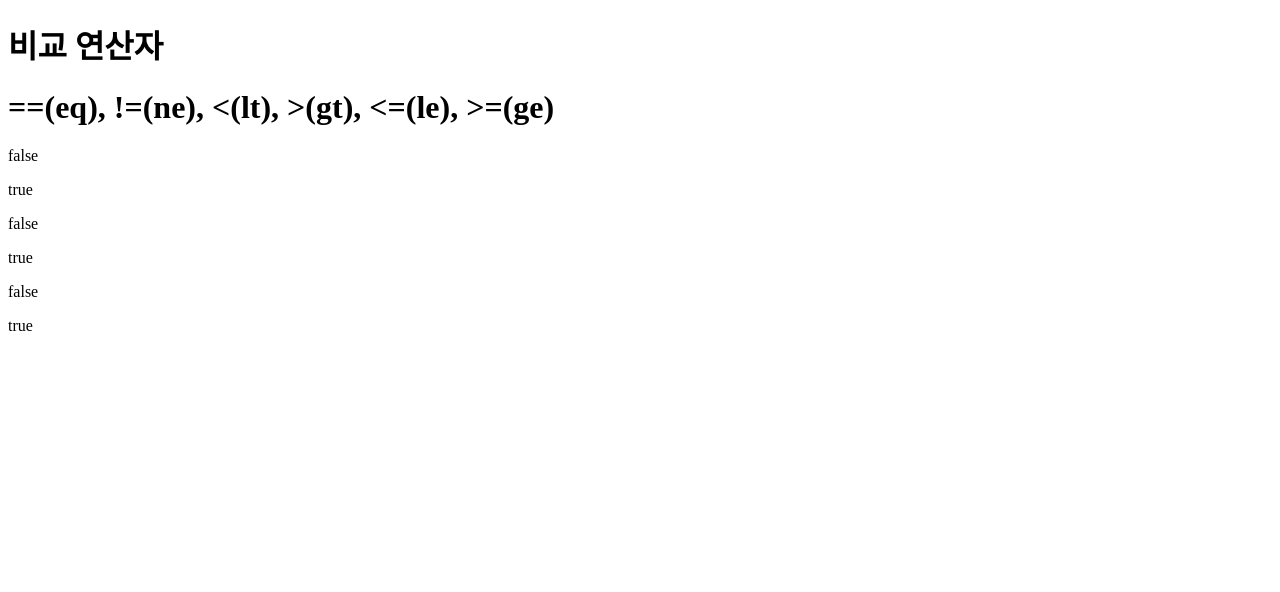
Repository: JJinBBangg/JSP
Page: http://localhost/jsp/ch11/lecture/06operator/13compare.jsp
An editor plug-in stored every save of this project. The page is shown before and after the next save, followed by the edit.
The browser window is 1280 px wide. The pictures show the whole page.
The page is served by Tomcat 9. Other server files are loaded and not shown.

Above is the page before, as saved 2023-04-04 06:25:14.

### jsp/src/main/webapp/ch11/lecture/06operator/13compare.jsp
<%@ page language="java" contentType="text/html; charset=UTF-8"
	pageEncoding="UTF-8"
%>
<%@ page import="java.util.*"%>
<!DOCTYPE html>
<html>
<head>
<meta charset="UTF-8">
<title>Insert title here</title>
</head>
<body>
	<h1>비교 연산자</h1>
	<h1>==(eq), !=(ne), <(lt), >(gt), <=(le), >=(ge)</h1>
	<%
	pageContext.setAttribute("a", 5);
	pageContext.setAttribute("b", 3);
	%>
	<p>${a==b}</p>
	<p>${a!=b}</p>
	<p>${a<b}</p>
	<p>${a>b}</p>
	<p>${a<=b}</p>
	<p>${a>=b}</p>
</body>
</html>

After the next save:
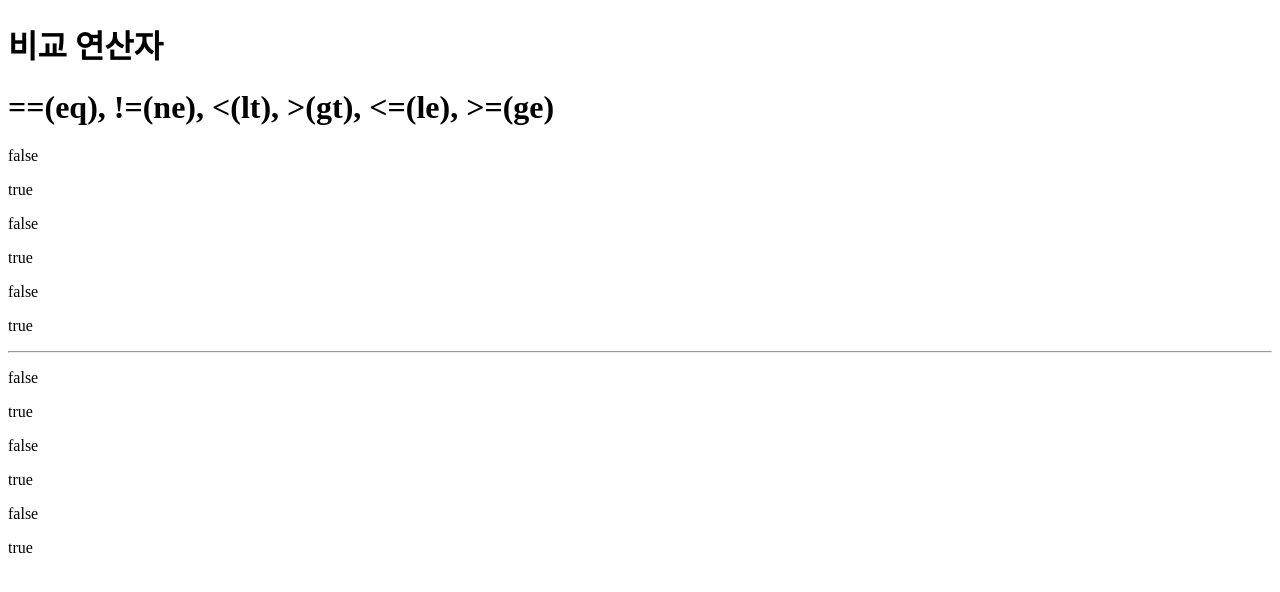
Saved 59 s later.
--- a/jsp/src/main/webapp/ch11/lecture/06operator/13compare.jsp
+++ b/jsp/src/main/webapp/ch11/lecture/06operator/13compare.jsp
@@ -21,5 +21,14 @@
 	<p>${a>b}</p>
 	<p>${a<=b}</p>
 	<p>${a>=b}</p>
+
+	<hr />
+
+	<p>${a eq b}</p>
+	<p>${a ne b}</p>
+	<p>${a lt b}</p>
+	<p>${a gt b}</p>
+	<p>${a le b}</p>
+	<p>${a ge b}</p>
 </body>
 </html>
